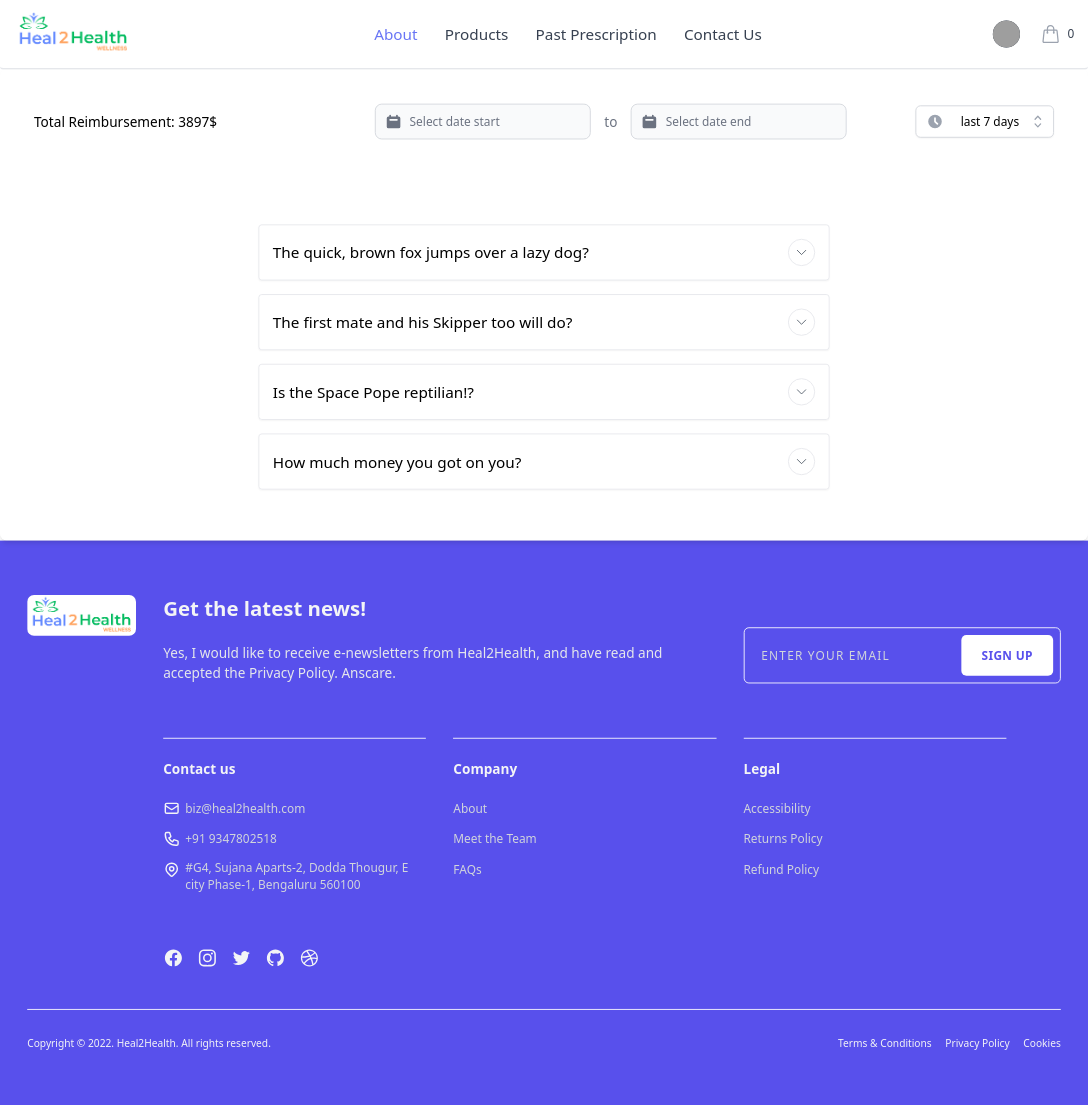
Repository: Akash123-coder/H2H
Page: /pastprescription (app in Frontend/)
These files come from the project's save history. The page is drawn as it stood at one moment and after the next save; the edit follows.
The browser window is 1280 px wide. The pictures show the whole page, at 85% of full size.
Pictures or frames that could not be fetched are drawn as grey boxes. The project was rebuilt for these pictures with package versions that can differ from the ones it lists, and the page was loaded fresh each time. Also part of the build but not shown: Frontend/vite.config.ts, Frontend/src/pages/About.tsx, Frontend/src/components/Cta.jsx, Frontend/src/pages/Home.jsx, Frontend/src/components/Product.tsx, Frontend/src/pages/Prescription.jsx, Frontend/src/pages/SignUp.jsx, Frontend/src/pages/Login.jsx and 1 more.

Above is the page before, as saved 2022-10-05 11:42:45.

After the next save:
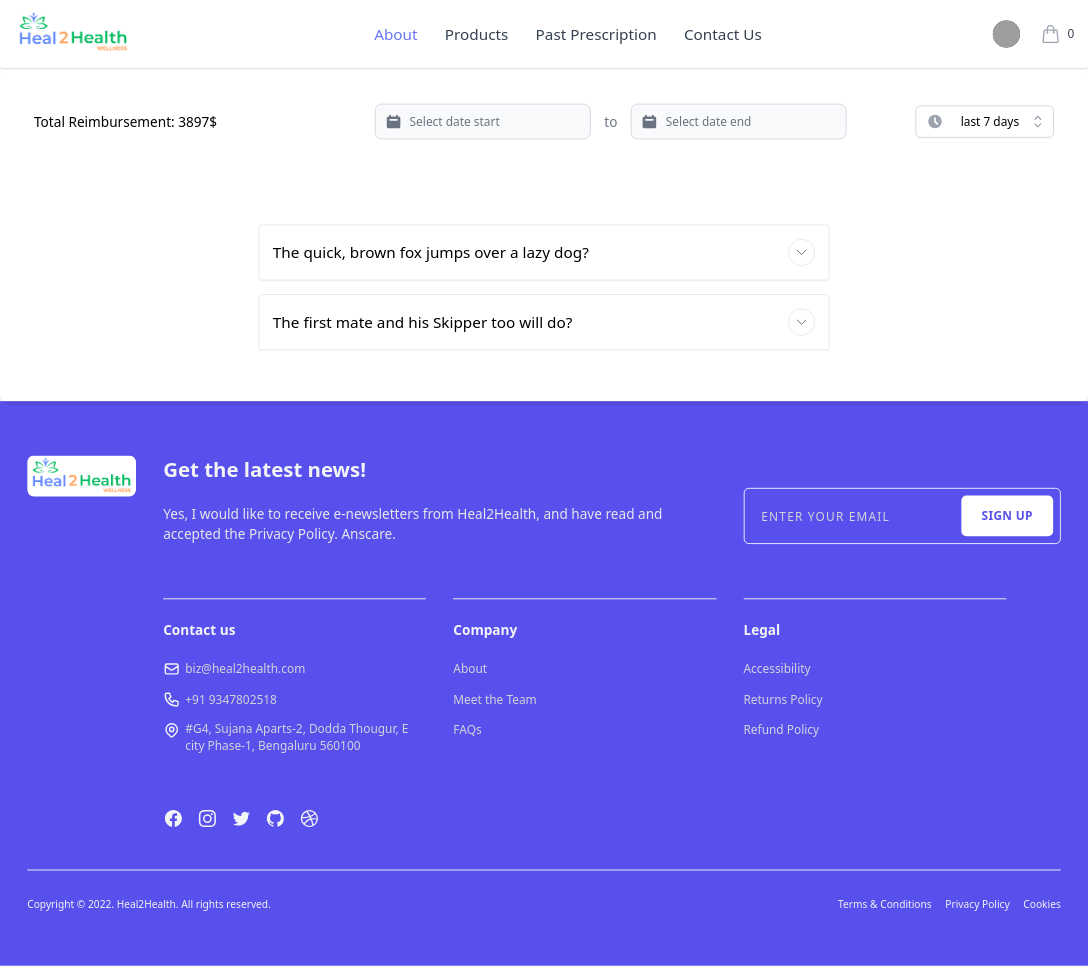
Saved 63 s later.
--- a/Frontend/src/components/AccodianData.jsx
+++ b/Frontend/src/components/AccodianData.jsx
@@ -272,14 +272,7 @@ export const AccodianData = () => {
             Sed ut perspiciatis unde omnis iste natus error sit voluptatem
             accusantium doloremque rem aperiam, eaque ipsa quae.
           </Item>
-          <Item title="Is the Space Pope reptilian!?">
-            Sed ut perspiciatis unde omnis iste natus error sit voluptatem
-            accusantium doloremque rem aperiam, eaque ipsa quae.
-          </Item>
-          <Item title="How much money you got on you?">
-            Sed ut perspiciatis unde omnis iste natus error sit voluptatem
-            accusantium doloremque rem aperiam, eaque ipsa quae.
-          </Item>
+
         </div>
       </div>
     </div>
